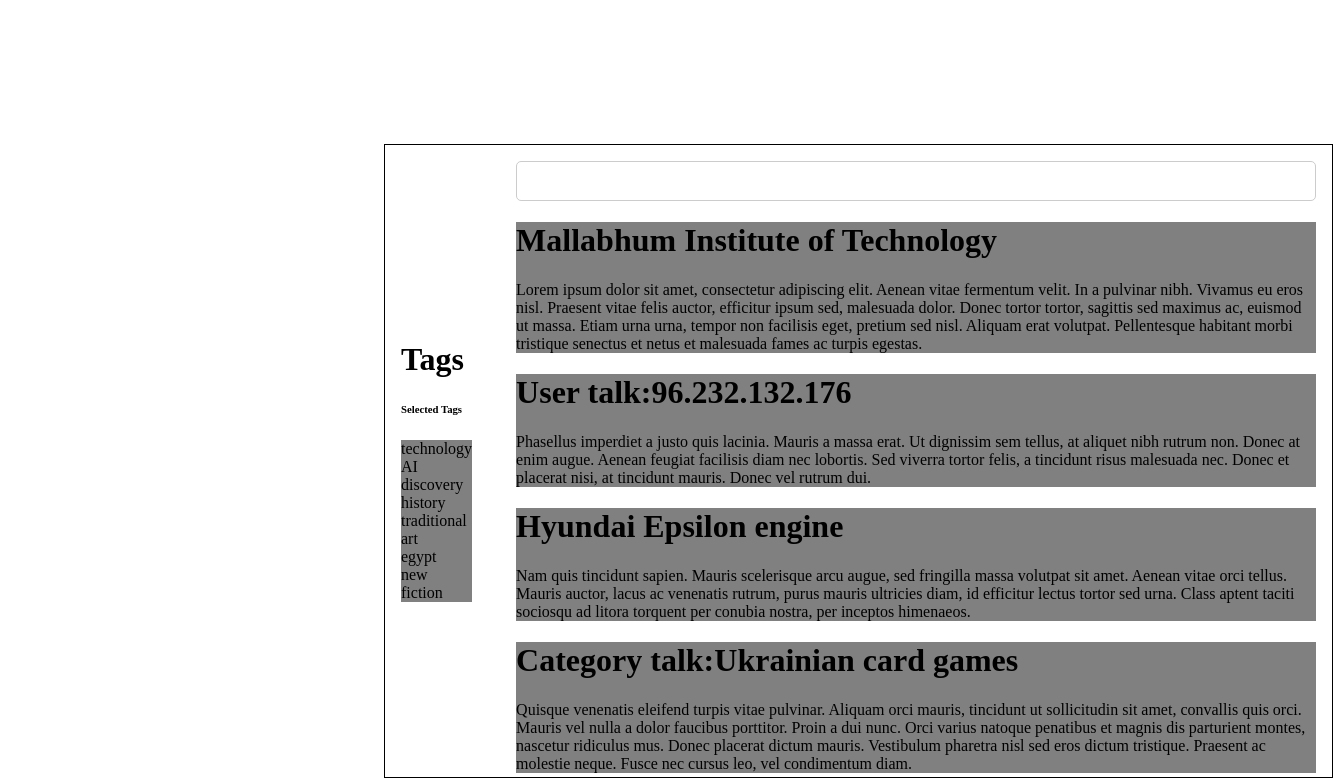
Repository: KelaiAffaf/bridger
Page: /
These files come from the project's save history. The page is drawn as it stood at one moment and after a run of saves; the edit follows.
The browser window is 1280 px wide. The page is 1333 px wide, so the pictures cover 1333 px, including what lies to the right of the window. The pictures show the whole page.
The project was rebuilt for these pictures with package versions that can differ from the ones it lists, and the page was loaded fresh each time. Also part of the build but not shown: vite.config.js.

Above is the page before, as saved 2023-06-08 11:36:11.

After the next 4 saves:
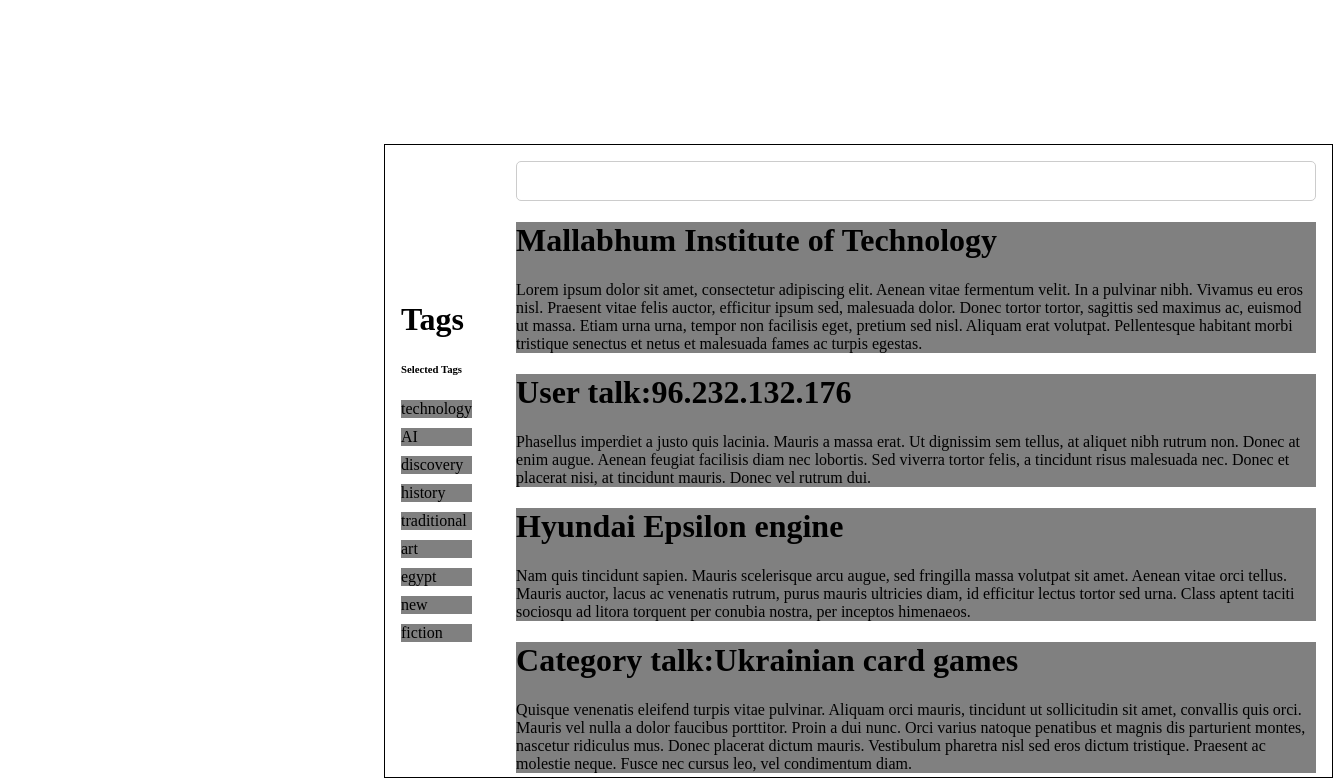
The 4 saves are shown as one change because they came seconds apart.
The last was saved 7 s later.
--- a/src/NewComponents/Tag.jsx
+++ b/src/NewComponents/Tag.jsx
@@ -9,6 +9,7 @@
     style={{
      display:"flex",
      flexDirection:"column",
+     gap:10,
     }}
     >
       {tags && tags.map((ele,index)=>
